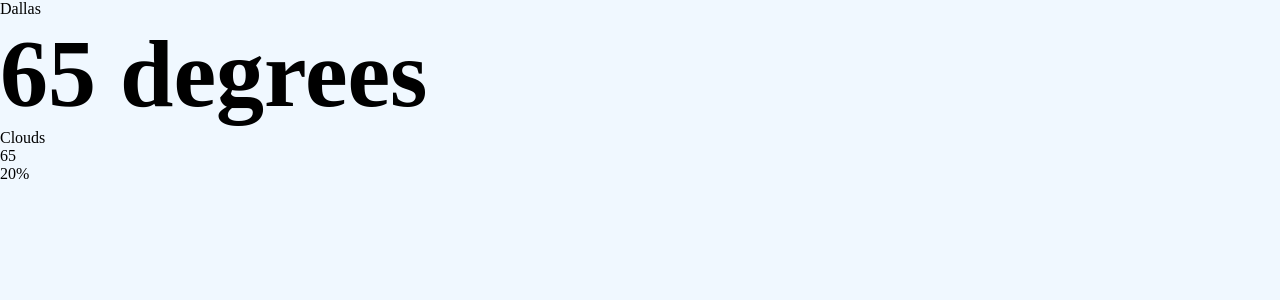
Repository: cakuang1/kanyequotes
Page: /
These files come from the project's save history. The page is drawn as it stood at one moment and after a run of saves; the edit follows.
The browser window is 1280 px wide. The pictures show the whole page.
The project was rebuilt for these pictures with package versions that can differ from the ones it lists, and the page was loaded fresh each time.

Above is the page before, as saved 2022-07-16 15:15:21.

### src/index.css
* {
    box-sizing: border-box;
    margin: 0;
    padding: 0;


}

h1 {
    font-size: 6rem;

}

.app {
    width: 100%;
    height: 100vh;
    background-color: aliceblue;
}

### src/App.js
import axios from 'axios';
import React,{useState} from 'react';




function App() {

  const url = 'https://api.openweathermap.org/data/2.5/weather?q=sanfrancisco&appid=8b4c41ca9585c94ca791570267e7f977'
  return (
    <div className="app">
        <div className='container'>
          <div className='top'>
            <div className='location'>
              <p> Dallas</p>
            </div>
            <div className='temp'>
              <h1>65 degrees</h1>
            </div>
            <div className='description'>
              <p>Clouds</p>
            </div>
          </div>
          <div className='bottome'>
            <div  className = "feels">
              <p>65</p>
            </div>
            <div className='humidity'>
              <p>20%</p>
            </div>
            <div className='winds'>



            </div>

          </div>
        </div>
    </div>
  );
}

export default App;

Loaded but not shown: public/index.html (common file); src/index.js (common file)

After the next 2 saves:
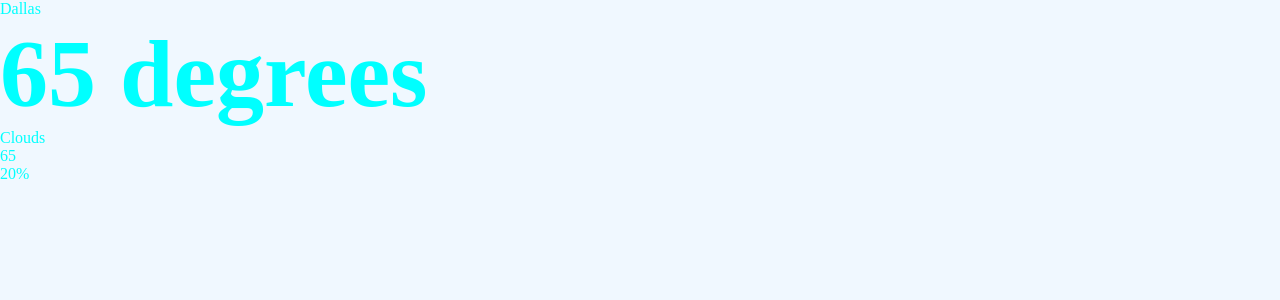
The 2 saves are shown as one change because they came seconds apart.
The last was saved 15 s later.
--- a/src/index.css
+++ b/src/index.css
@@ -15,4 +15,5 @@ h1 {
     width: 100%;
     height: 100vh;
     background-color: aliceblue;
+    color: aqua;
 }
